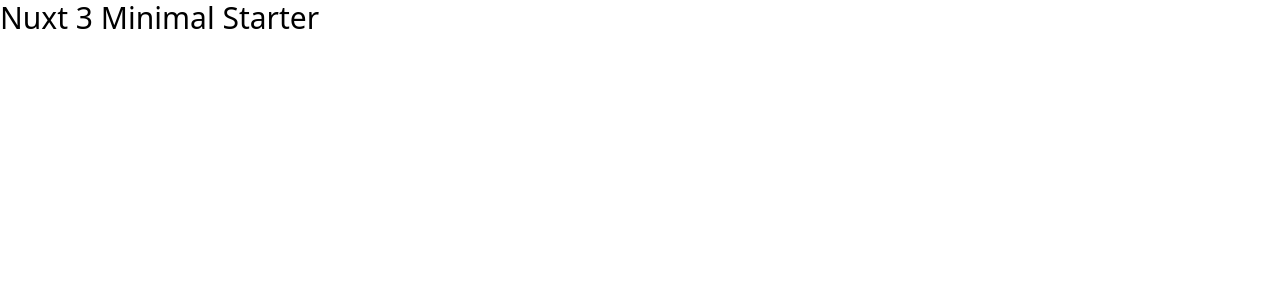
Repository: Freezler/nuxt
Page: /
An editor plug-in stored every save of this project. The page is shown before and after the next save, followed by the edit.
The browser window is 1280 px wide. The pictures show the whole page.
The project was rebuilt for these pictures with package versions that can differ from the ones it lists, and the page was loaded fresh each time. The framework's server and built-in components were replaced by stand-ins that run in the browser. Also part of the build but not shown: nuxt.config.ts.

Above is the page before, as saved 2024-08-02 20:54:37.

### app.vue
<template>
  <div>
    <h1 class="text-3xl">Nuxt 3 Minimal Starter</h1>
    <NuxtRouteAnnouncer />
    <NuxtWelcome />
  </div>
</template>

### tailwind.config.js
/** @type {import('tailwindcss').Config} */
module.exports = {
	content: [
		"./components/**/*.{js,vue,ts}",
		"./layouts/**/*.vue",
		"./pages/**/*.vue",
		"./plugins/**/*.{js,ts}",
		"./app.vue",
		"./error.vue",
	],
	theme: {
		extend: {},
	},
	plugins: [],
}

Loaded but not shown: assets/css/main.css (common file)

After the next save:
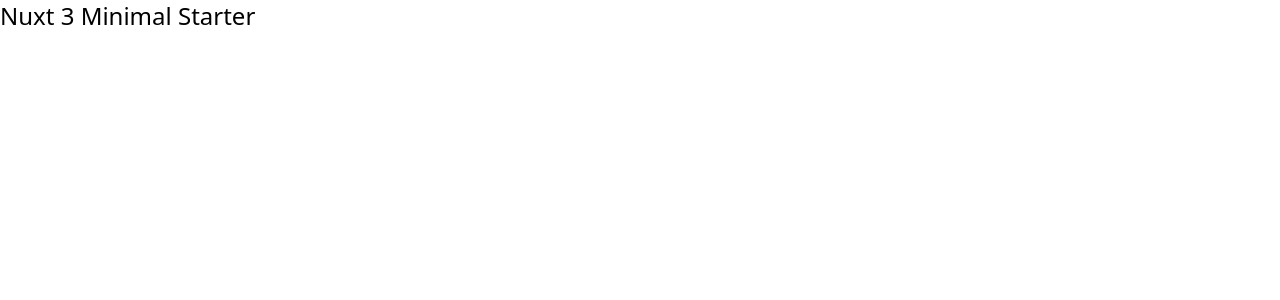
Saved 18 s later.
--- a/app.vue
+++ b/app.vue
@@ -1,6 +1,6 @@
 <template>
   <div>
-    <h1 class="text-3xl">Nuxt 3 Minimal Starter</h1>
+    <h1 class="text-2xl">Nuxt 3 Minimal Starter</h1>
     <NuxtRouteAnnouncer />
     <NuxtWelcome />
   </div>
